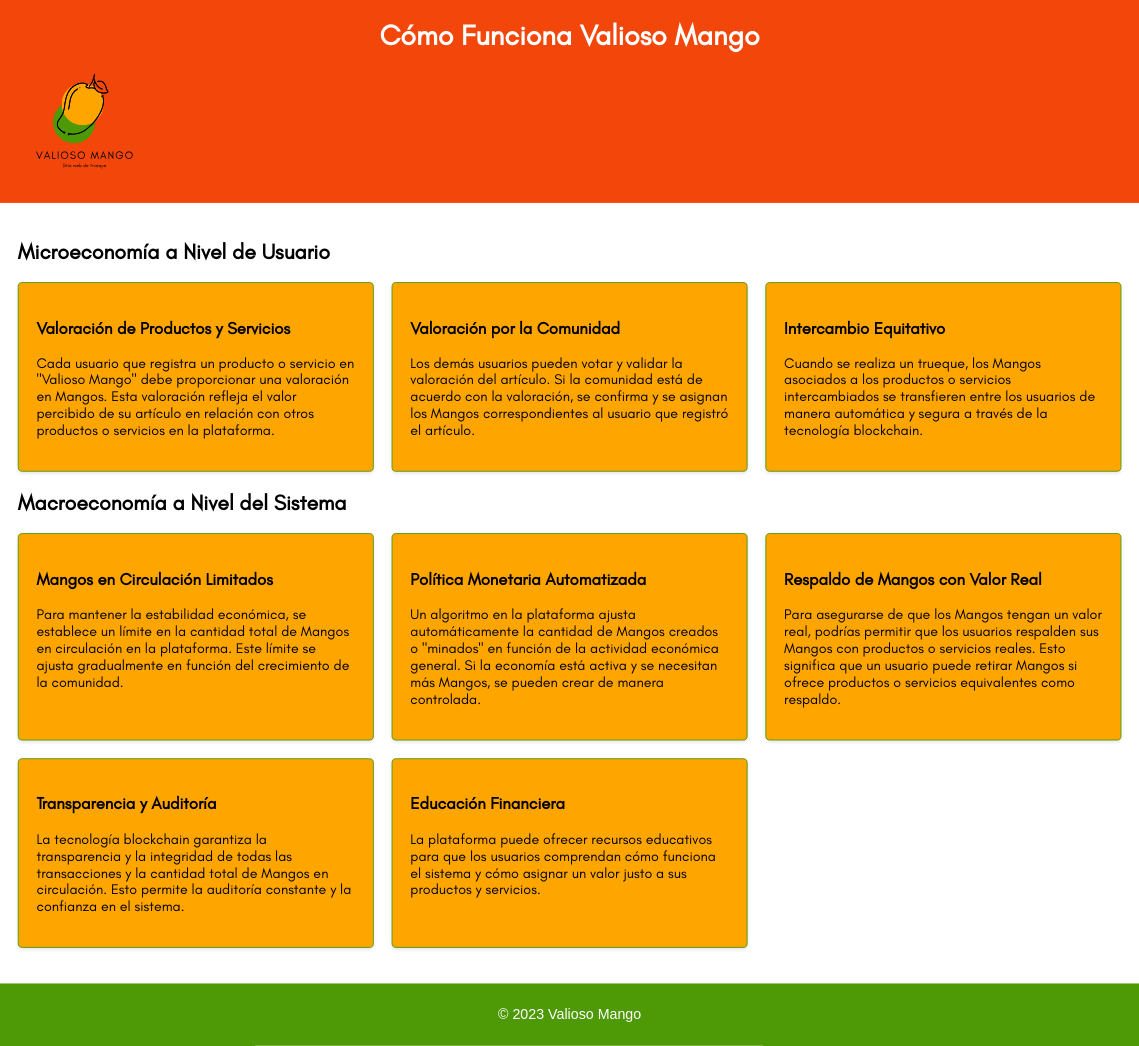
Repository: elba2612/comision23533_grupo20
Page: Pages/ComoFunciona.html
An editor plug-in stored every save of this project. The page is shown before and after the next save, followed by the edit.
The browser window is 1280 px wide. The pictures show the whole page, at 89% of full size.

Above is the page before, as saved 2023-10-20 09:40:19.

### Pages/ComoFunciona.html
<!DOCTYPE html>
<html lang="es">
<head>
    <meta charset="UTF-8">
    <meta name="viewport" content="width=device-width, initial-scale=1.0">
    <link rel="stylesheet" href="../Estilos/estiloMango.css">
    <title>Cómo Funciona Valioso Mango</title>
</head>
<body>
    <header>
        <h1 class="Glacial">Cómo Funciona Valioso Mango</h1>
        <div class="logo">
            <a href="../index.html">
                <img src="../Sources/LogoMango.svg" class="logo" alt="Logo Mango">
            </a>
        </div>
    </header>
    <main>
        <div class="Glacial">
        <section class="microeconomia">
            <h2>Microeconomía a Nivel de Usuario</h2>
            <div class="grid-container">
                <div class="item">
                    <h3>Valoración de Productos y Servicios</h3>
                    <p>Cada usuario que registra un producto o servicio en "Valioso Mango" debe proporcionar una valoración en Mangos. Esta valoración refleja el valor percibido de su artículo en relación con otros productos o servicios en la plataforma.</p>
                </div>
                <div class="item">
                    <h3>Valoración por la Comunidad</h3>
                    <p>Los demás usuarios pueden votar y validar la valoración del artículo. Si la comunidad está de acuerdo con la valoración, se confirma y se asignan los Mangos correspondientes al usuario que registró el artículo.</p>
                </div>
                <div class="item">
                    <h3>Intercambio Equitativo</h3>
                    <p>Cuando se realiza un trueque, los Mangos asociados a los productos o servicios intercambiados se transfieren entre los usuarios de manera automática y segura a través de la tecnología blockchain.</p>
                </div>
            </div>
        </section>
        <section class="macroeconomia">
            <h2>Macroeconomía a Nivel del Sistema</h2>
            <div class="grid-container">
                <div class="item">
                    <h3>Mangos en Circulación Limitados</h3>
                    <p>Para mantener la estabilidad económica, se establece un límite en la cantidad total de Mangos en circulación en la plataforma. Este límite se ajusta gradualmente en función del crecimiento de la comunidad.</p>
                </div>
                <div class="item">
                    <h3>Política Monetaria Automatizada</h3>
                    <p>Un algoritmo en la plataforma ajusta automáticamente la cantidad de Mangos creados o "minados" en función de la actividad económica general. Si la economía está activa y se necesitan más Mangos, se pueden crear de manera controlada.</p>
                </div>
                <div class="item">
                    <h3>Respaldo de Mangos con Valor Real</h3>
                    <p>Para asegurarse de que los Mangos tengan un valor real, podrías permitir que los usuarios respalden sus Mangos con productos o servicios reales. Esto significa que un usuario puede retirar Mangos si ofrece productos o servicios equivalentes como respaldo.</p>
                </div>
                <div class="item">
                    <h3>Transparencia y Auditoría</h3>
                    <p>La tecnología blockchain garantiza la transparencia y la integridad de todas las transacciones y la cantidad total de Mangos en circulación. Esto permite la auditoría constante y la confianza en el sistema.</p>
                </div>
                <div class="item">
                    <h3>Educación Financiera</h3>
                    <p>La plataforma puede ofrecer recursos educativos para que los usuarios comprendan cómo funciona el sistema y cómo asignar un valor justo a sus productos y servicios.</p>
                </div>
            </div>
        </section>
        </div>
    </main>
    <footer>
        <p>&copy; 2023 Valioso Mango</p>
    </footer>
</body>
</html>

### Estilos/estiloMango.css
body {
    font-family: Arial, sans-serif;
    margin: 0;
    padding: 0;
}

header {
    background-color: #F2460B;
    color: white;
    text-align: center;
    padding: 20px;
}

h1 {
    margin: 0;
}

main {
    padding: 20px;
}

section {
    margin-bottom: 20px;
}

@font-face {
    font-family: "Glacial Indifference";
    src: url("../Sources/GlacialIndifference-Regular.otf");
}

.Glacial {
    font-family: "Glacial Indifference";

}
.logo {
    width: 150px;
    height: 150px;
    margin-left: 0;
}
.grid-container {
    display: grid;
    grid-template-columns: repeat(auto-fit,
    minmax(300px, 1fr));
    grid-gap: 20px;
}

.item {
    background-color: #FEA500;
    padding: 20px;
    border: 1px solid #4D9906;
    border-radius: 5px;
    box-shadow: 0 2px 4px rgba(0, 0, 0, 0.1);
}

/* Estilos para dispositivos móviles */
@media (max-width: 767px) {
    .grid-container {
        grid-template-columns: 1fr;
    }
}

/* Pie de página */
footer {
    background-color: #4D9906;
    color: white;
    text-align: center;
    padding: 10px;
}

After the next save:
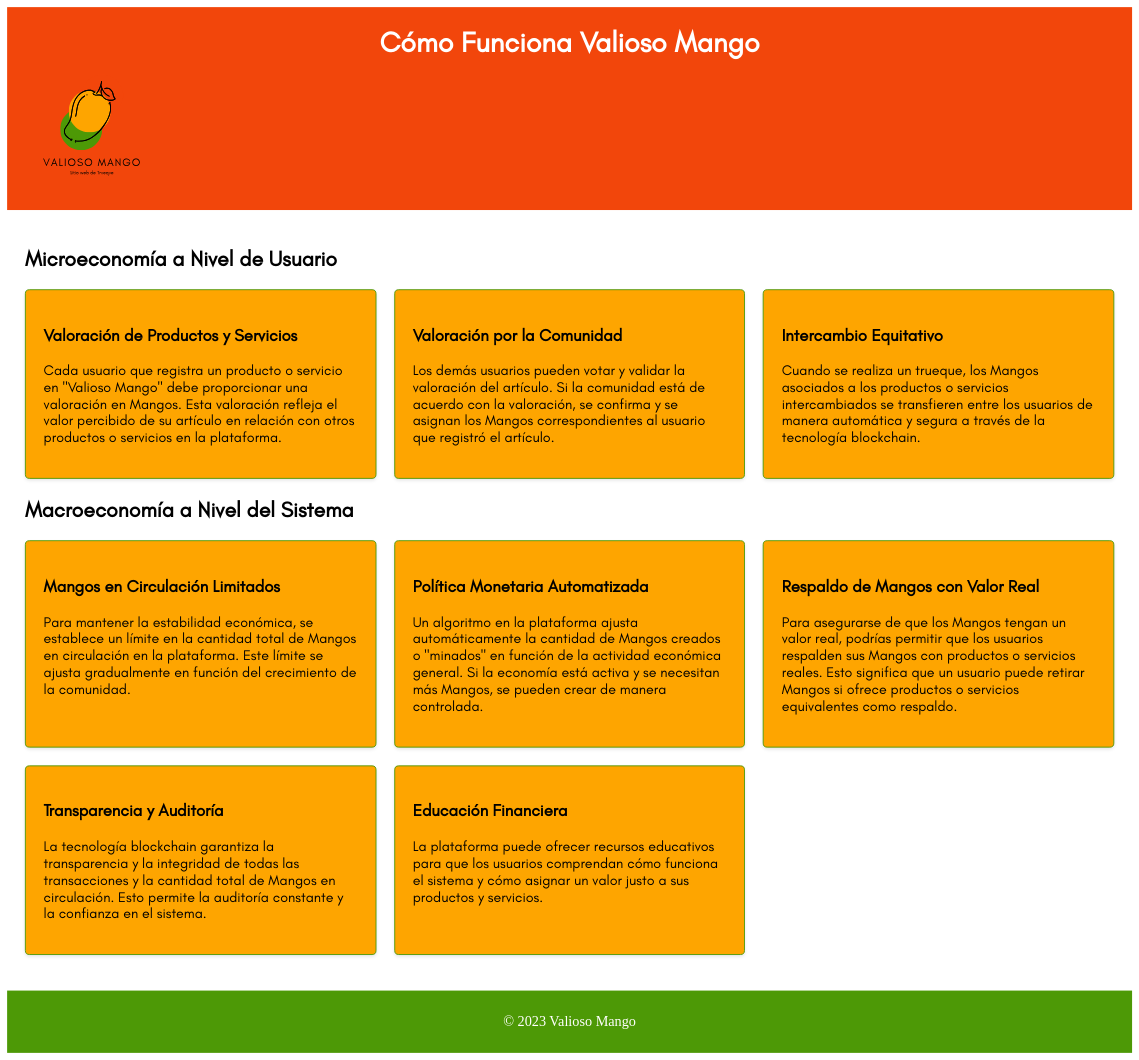
Saved 13 s later.
--- a/Estilos/estiloMango.css
+++ b/Estilos/estiloMango.css
@@ -1,8 +1,4 @@
-body {
-    font-family: Arial, sans-serif;
-    margin: 0;
-    padding: 0;
-}
+
 
 header {
     background-color: #F2460B;
